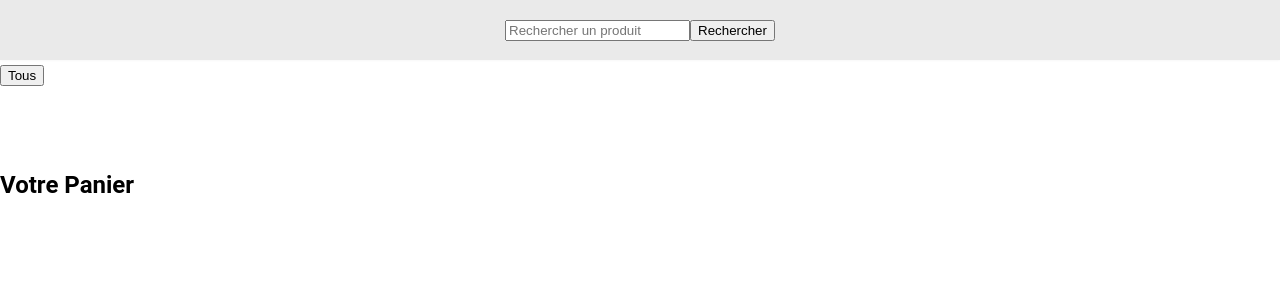
Repository: ByteVoyageur/restaurant-xin
Page: frontend/index.html
The author's editor kept a copy of each file at every save. The page is drawn from the files as they stood at one save, then again after the next save.
The browser window is 1280 px wide. The pictures show the whole page.
The style sheet was rebuilt from its Sass, Less or Tailwind sources for each picture, by a compiler version that may differ from the author's.

Above is the page before, as saved 2023-11-10 13:36:09.
Console error: ReferenceError: categories is not defined

After the next save:
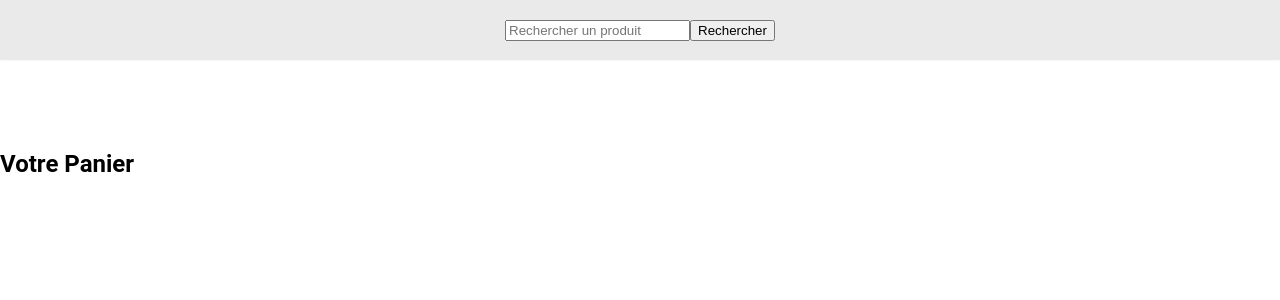
Saved 7 min 42 s later.
--- a/frontend/script.js
+++ b/frontend/script.js
@@ -1,15 +1,5 @@
 console.log('script.js loaded')
 import { fetchMenuData } from './assets/js/api.js'
-const categoryButtonsDiv = document.querySelector('.category-buttons')
-const buttonsTous = document.createElement('button')
-buttonsTous.textContent = 'Tous'
-categoryButtonsDiv.append(buttonsTous)
-
-categories.forEach((category) => {
-  const button = document.createElement('button')
-  button.textContent = category
-  categoryButtonsDiv.append(button)
-})
 
 function storeMenuData(data) {
   localStorage.setItem('menuData', JSON.stringify(data))
@@ -26,3 +16,14 @@ function loadMenuData() {
     })
   }
 }
+
+categories.forEach((category) => {
+  const button = document.createElement('button')
+  button.textContent = category
+  categoryButtonsDiv.append(button)
+})
+
+const categoryButtonsDiv = document.querySelector('.category-buttons')
+const buttonsTous = document.createElement('button')
+buttonsTous.textContent = 'Tous'
+categoryButtonsDiv.append(buttonsTous)
